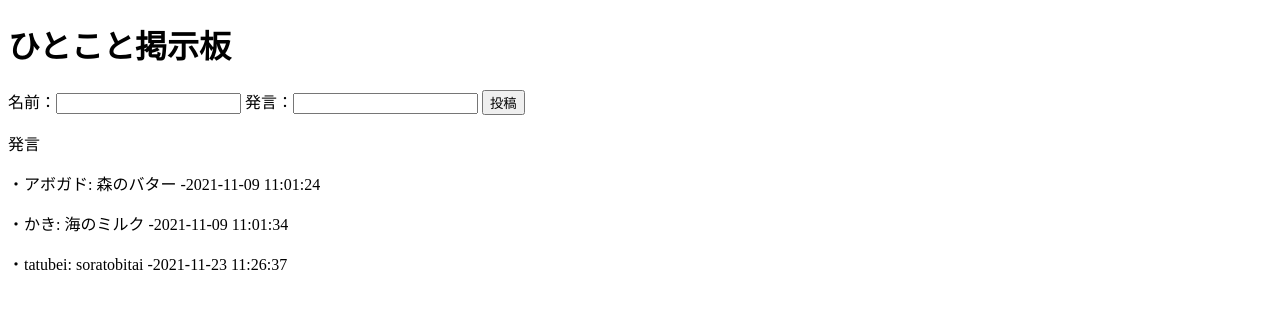
Repository: tppei/PHP
Page: http://localhost/htdocs/bbs.php
The author's editor kept a record of every edit. The page is drawn from the files as they stood at one moment, then again after the next edit.
The browser window is 1280 px wide. The pictures show the whole page.
The page is run by PHP 8.4 with error messages shown; the project is at /var/www/html/.

Above is the page before.

### htdocs/bbs.php
<?php
$filename = "./bbs.txt";
$comment = "";
$name = "";
$date = date('Y-m-d H:i:s');

    if ($_SERVER['REQUEST_METHOD'] === 'POST'){

         if(isset($_POST['name'])){
            if(mb_strlen($_POST['name']) <= 20 && mb_strlen($_POST['name']) != 0){
                $name = $_POST['name'];
            }else if(mb_strlen($_POST['name']) > 20){
                $error_name = "!!名前は文字数を20文字以下にしてください!!"."\n";
                print $error_name;
            }else if(mb_strlen($_POST['name']) === 0){
                $error_noname ="!!名前を入力してください!!"."\n";
                print $error_noname;
            }
        }

        if(isset($_POST['hitokoto'])){

            if(mb_strlen($_POST['hitokoto']) <= 100 && mb_strlen($_POST['hitokoto']) != 0){
                $comment = $_POST['hitokoto'];
            }else if(mb_strlen($_POST['hitokoto']) > 100 ){
                $error_comment = "!!コメントは文字数を100文字以下にしてください!!"."\n";
                print $error_comment;
            }else if(mb_strlen($_POST['hitokoto']) === 0){
                $error_nocomment = "!!コメントを入力してください!!"."\n";
                print $error_nocomment;
            }
        }


    }

    if($comment && $name){
        $hatugen = $name.":"."\t".$comment."\t".'-'.$date."\n";
        $fp = fopen($filename,'a');
            if($fp){
                if(!fwrite($fp,$hatugen)){
                print 'ファイル書き込み失敗: ';
                }
            fclose($fp);
            }
    }

$data =[];

    if(is_readable($filename)){
        $fp = fopen($filename,"r");
        if($fp){
            while(($tmp=fgets($fp))){
              $data[] = htmlspecialchars($tmp,ENT_QUOTES,"UTF-8");
            }
            fclose($fp);
        }
    }
?>

<!DOCTYPE html>
<html lang='ja'>
    <head>
        <meta charset="UTF-8">
        <title>ひとこと掲示板サイト</title>
    </head>
    <body>
        <h1>ひとこと掲示板</h1>
        <form method="post">
            <label for="name">名前：<input type="text" name="name"></label>
            <label for="hitokoto">発言：<input type="text" name="hitokoto"></label>
            <input type="submit" value="投稿">
        </form>
        <p>発言</p>
        <?php
            foreach ($data as $go) {
            print "<p>"."・".$go."</p>" ;
         }
         ?>
    </body>
</html>

### htdocs/bbs.txt
アボガド:	森のバター	-2021-11-09 11:01:24
かき:	海のミルク	-2021-11-09 11:01:34
tatubei:	soratobitai	-2021-11-23 11:26:37

After the next edit:
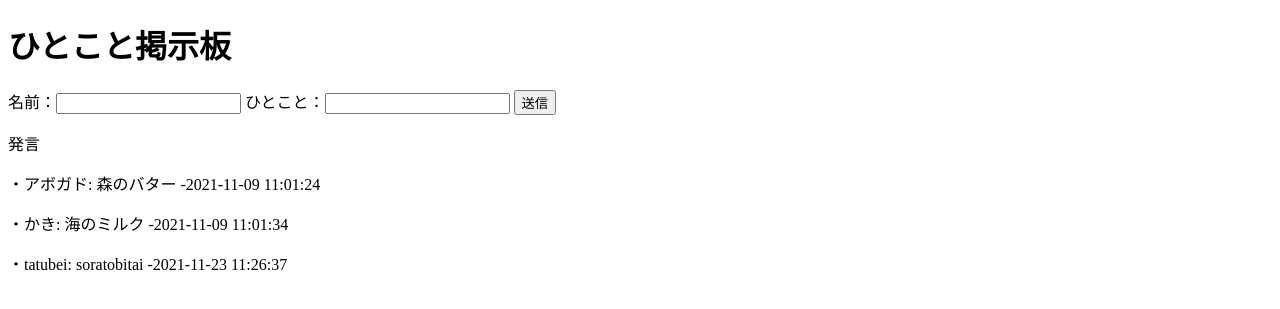
The edit:
--- a/htdocs/bbs.php
+++ b/htdocs/bbs.php
@@ -68,8 +68,8 @@
         <h1>ひとこと掲示板</h1>
         <form method="post">
             <label for="name">名前：<input type="text" name="name"></label>
-            <label for="hitokoto">発言：<input type="text" name="hitokoto"></label>
-            <input type="submit" value="投稿">
+            <label for="hitokoto">ひとこと：<input type="text" name="hitokoto"></label>
+            <input type="submit" value="送信">
         </form>
         <p>発言</p>
         <?php
